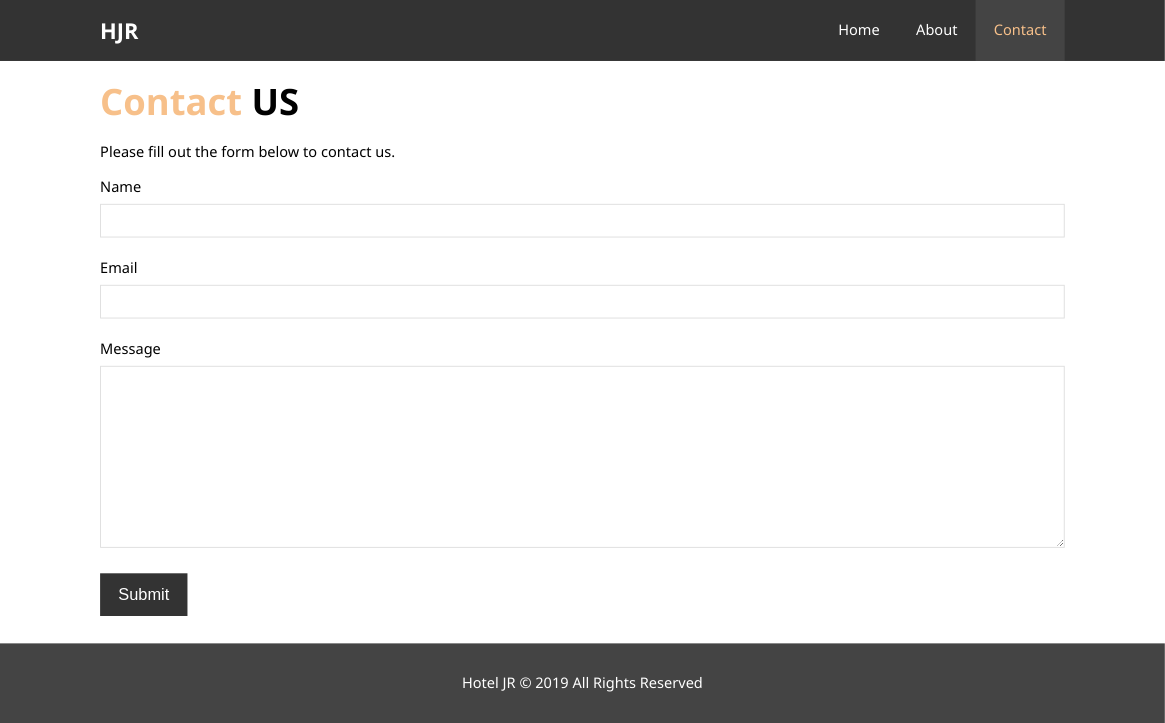
Repository: dimlutine/Hotel-Project
Page: contact.html
An editor plug-in stored every save of this project. The page is shown before and after the next save, followed by the edit.
The browser window is 1280 px wide. The pictures show the whole page, at 91% of full size.
Some web libraries are served in a nearby version.

Above is the page before, as saved 2019-07-05 23:14:28.

### contact.html
<!DOCTYPE html>
<html lang="en">

<head>
    <meta charset="UTF-8">
    <meta name="viewport" content="width=device-width, initial-scale=1.0">
    <meta http-equiv="X-UA-Compatible" content="ie=edge">
    <meta name="description" content="Welcome to the neatest hotel in Durham, North Carolina!">
    <meta name="keywords" content="hotel,durham hotel, north carolina hotel, rdu hotel">
    <link rel="stylesheet" href="https://use.fontawesome.com/releases/v5.6.1/css/all.css" integrity="sha384-gfdkjb5BdAXd+lj+gudLWI+BXq4IuLW5IT+brZEZsLFm++aCMlF1V92rMkPaX4PP" crossorigin="anonymous">
    <link rel="stylesheet" href="css/style.css">
    <title>Hotel JR | Contact</title>
</head>

<body>
    <header>
        <nav id="navbar">
            <div class="container">
                <h1 class="logo"><a href="index.html">HJR</a></h1>
                <ul>
                    <li><a href="index.html">Home</a></li>
                    <li><a href="about.html">About</a></li>
                    <li><a class="current" href="contact.html">Contact</a></li>
                </ul>
            </div>

        </nav>

    </header>
    <section id="contact-form" class="py-3">
        <div class="container">
            <h1 class="l-heading">
                <span class="text-primary">Contact</span> US
            </h1>
            <p>Please fill out the form below to contact us.</p>
            <form action="process.php">
                <div class="form-group">
                    <label for="name">Name</label>
                    <input type="text" name="name" id="name">
                </div>
                <div class="form-group">
                    <label for="email">Email</label>
                    <input type="email" name="email" id="email">
                </div>
                <div class="form-group">
                    <label for="message">Message</label>
                    <textarea name="message" id="message"></textarea>
                </div>
                <button type="submit" class="btn">Submit</button>
            </form>
        </div>
    </section>
    <footer id="main-footer">
        <p>Hotel JR &copy; 2019 All Rights Reserved</p>
    </footer>
</body>

</html>

### css/style.css
* {
    padding: 0;
    margin: 0;
    box-sizing: border-box;
}

html,
body {
    font-family: 'Segoe UI', 'Segoe UI', Tahoma, Geneva, Verdana, sans-serif;
    line-height: 1.7em;
}

a {
    color: #333;
    text-decoration: none;
}

h1,
h2,
h3 {
    padding-bottom: 20px;
}

p {
    margin: 10px 0;
}


/* Utilities */

.container {
    margin: auto;
    max-width: 1100px;
    overflow: auto;
    padding: 0 20px;
}

.text-primary {
    color: #f7c08a;
}

.lead {
    font-size: 20px;
}

.btn {
    display: inline-block;
    font-size: 18px;
    color: #fff;
    background: #333;
    padding: 13px 20px;
    border: none;
    cursor: pointer;
}

.btn:hover {
    background: #f7c08a;
    color: #333;
}

.btn-light {
    background: #f4f4f4;
    color: #333;
}

.bg-dark {
    background: #333;
    color: #fff;
}

.bg-light {
    background: #f4f4f4;
    color: #333;
}

.bg-primary {
    background: #f7c08a;
    color: #333;
}

.clr {
    clear: both;
}

.l-heading {
    font-size: 40px;
}


/* Padding */

.py-1 {
    padding: 10px 0;
}

.py-2 {
    padding: 20px 0;
}

.py-3 {
    padding: 30px 0;
}

#navbar {
    background: #333;
    color: #fff;
    overflow: auto;
}

#navbar a {
    color: #fff;
}

#navbar h1 {
    float: left;
    padding-top: 20px;
}

#navbar ul {
    float: right;
    list-style: none;
}

#navbar ul li {
    float: left;
}

#navbar ul li a {
    display: block;
    padding: 20px;
    text-align: center;
}

#navbar ul li a:hover,
#navbar ul li a.current {
    background: #444;
    color: #f7c08a;
}


/* Showcase */

#showcase {
    background: url('../img/showcase.jpg') no-repeat center center/cover;
    height: 600px;
}

#showcase .showcase-content {
    color: #fff;
    text-align: center;
    padding-top: 170px;
}

#showcase .showcase-content h1 {
    font-size: 60px;
    line-height: 1.2em;
}

#showcase .showcase-content p {
    padding-bottom: 20px;
    line-height: 1.7em;
}


/* Home Info */

#home-info {
    height: 400px;
}

#home-info .info-img {
    float: left;
    width: 50%;
    background: url('../img/photo-1.jpg') no-repeat;
    min-height: 100%;
}

#home-info .info-content {
    float: right;
    width: 50%;
    height: 100%;
    text-align: center;
    padding: 50px 30px;
    overflow: hidden;
}

#home-info .info-content p {
    padding-bottom: 30px;
}


/*Features*/

.box {
    float: left;
    width: 33.3%;
    padding: 50px;
    text-align: center;
}

.box i {
    margin-bottom: 10px;
}


/* About Info*/

#about-info .info-right {
    float: right;
    width: 50%;
    min-height: 100%;
}

#about-info .info-right img {
    width: 70%;
    display: block;
    margin: auto;
    border-radius: 50%;
}

#about-info .info-left {
    float: left;
    width: 50%;
    min-height: 100%;
}


/* Testimonials */

#testimonials h2 {
    color: #fff;
    text-align: center;
    padding-bottom: 40px;
}

#testimonials {
    height: 600px;
    background: url('../img/test-bg.jpg') no-repeat center center/cover;
    padding-top: 100px;
}

#testimonials .testimonial {
    padding: 20px;
    margin-bottom: 40px;
    border-radius: 5px;
    opacity: .85;
}

#testimonials .testimonial img {
    width: 100px;
    float: left;
    margin-right: 20px;
    border-radius: 50%;
}


/* Contact Form */

#contact-form .form-group {
    margin-bottom: 20px;
}

#contact-form label {
    display: block;
    margin-bottom: 5px;
}

#contact-form input,
#contact-form textarea {
    width: 100%;
    padding: 10px;
    border: 1px #ddd solid;
}

#contact-form textarea {
    height: 200px;
}

#contact-form input:focus,
#contact-form textarea:focus {
    outline: none;
    border-color: #f7c08a;
}


/* Footer */

#main-footer {
    text-align: center;
    background: #444;
    color: #fff;
    padding: 20px;
}

After the next save:
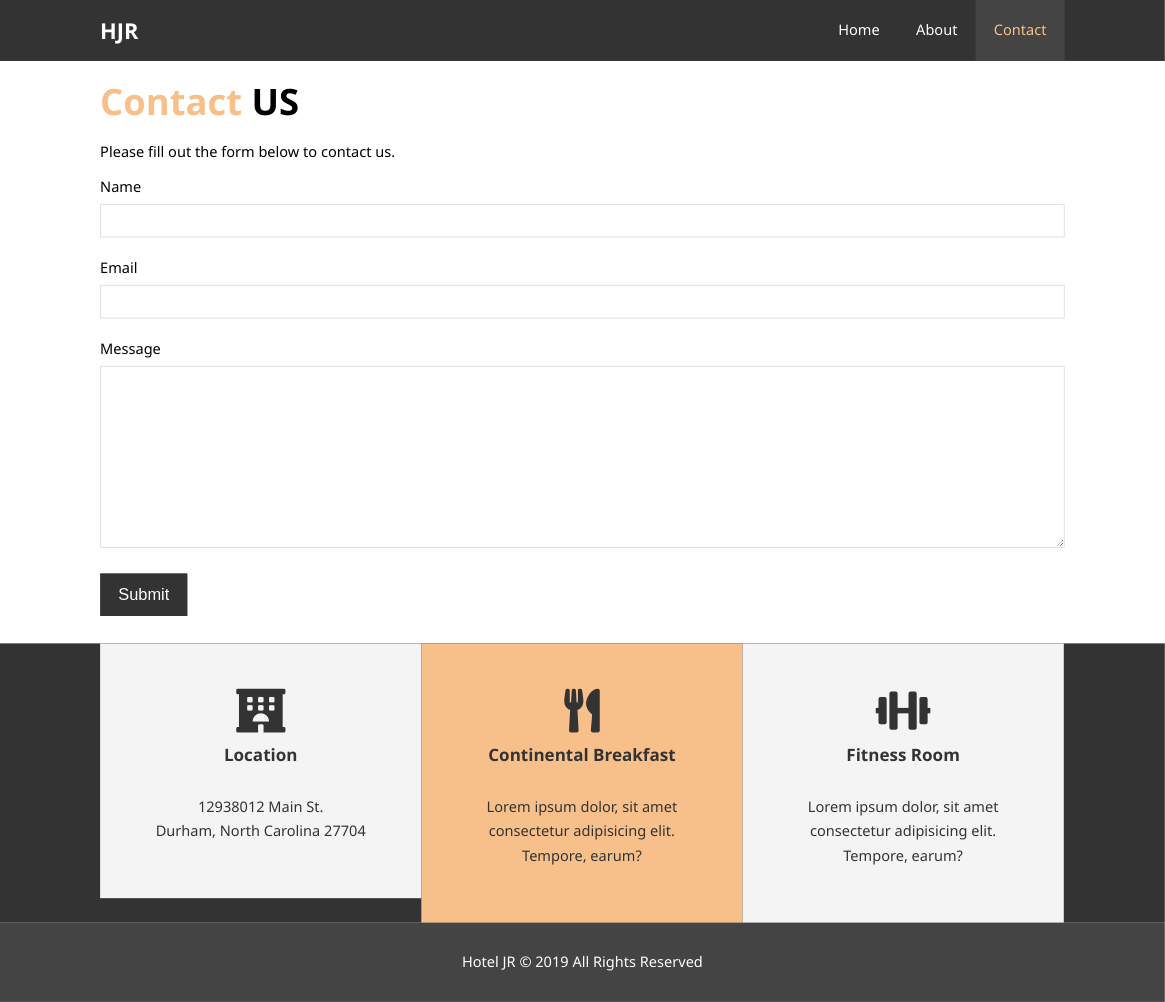
Saved 2 min 14 s later.
--- a/contact.html
+++ b/contact.html
@@ -50,6 +50,25 @@
             </form>
         </div>
     </section>
+    <section id="contact-info" class="bg-dark">
+        <div class="container">
+            <div class="box bg-light">
+                <i class="fas fa-hotel fa-3x"></i>
+                <h3>Location</h3>
+                <p>12938012 Main St.<br>Durham, North Carolina 27704</p>
+            </div>
+            <div class="box bg-primary">
+                <i class="fas fa-utensils fa-3x"></i>
+                <h3>Continental Breakfast</h3>
+                <p>Lorem ipsum dolor, sit amet consectetur adipisicing elit. Tempore, earum?</p>
+            </div>
+            <div class="box bg-light">
+                <i class="fas fa-dumbbell fa-3x"></i>
+                <h3>Fitness Room</h3>
+                <p>Lorem ipsum dolor, sit amet consectetur adipisicing elit. Tempore, earum?</p>
+            </div>
+        </div>
+    </section>
     <footer id="main-footer">
         <p>Hotel JR &copy; 2019 All Rights Reserved</p>
     </footer>
